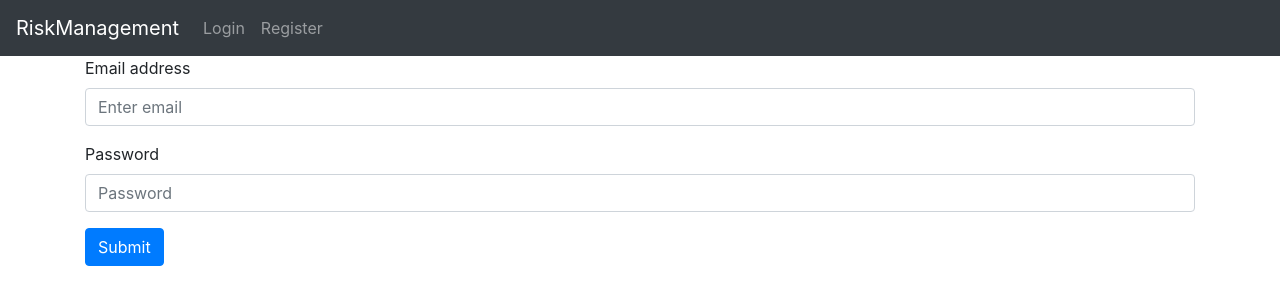
Repository: jasonpraful/risk-management-backend
Page: build/index.html
The author's editor kept a copy of each file at every save. The page is drawn from the files as they stood at one save, then again after the next save.
The browser window is 1280 px wide. The pictures show the whole page.

Above is the page before, as saved 2020-07-27 18:21:50.

### build/index.html
<!doctype html>
<html lang="en">

<head>
    <meta charset="utf-8" />
    <link rel="icon" href="favicon.ico" />
    <meta name="viewport" content="width=device-width,initial-scale=1" />
    <meta name="theme-color" content="#000000" />
    <meta name="description" content="Web site created using create-react-app" />
    <link rel="apple-touch-icon" href="logo192.png" />
    <link rel="manifest" href="manifest.json" />
    <title>React App</title>
    <link href="static/css/2.e90de51b.chunk.css" rel="stylesheet">
    <link href="static/css/main.8ec20ace.chunk.css" rel="stylesheet">
</head>

<body><noscript>You need to enable JavaScript to run this app.</noscript>
    <div id="root"></div>
    <script>
        ! function(e) {
            function r(r) {
                for (var n, a, i = r[0], l = r[1], f = r[2], c = 0, s = []; c < i.length; c++) a = i[c], Object.prototype.hasOwnProperty.call(o, a) && o[a] && s.push(o[a][0]), o[a] = 0;
                for (n in l) Object.prototype.hasOwnProperty.call(l, n) && (e[n] = l[n]);
                for (p && p(r); s.length;) s.shift()();
                return u.push.apply(u, f || []), t()
            }

            function t() {
                for (var e, r = 0; r < u.length; r++) {
                    for (var t = u[r], n = !0, i = 1; i < t.length; i++) {
                        var l = t[i];
                        0 !== o[l] && (n = !1)
                    }
                    n && (u.splice(r--, 1), e = a(a.s = t[0]))
                }
                return e
            }
            var n = {},
                o = {
                    1: 0
                },
                u = [];

            function a(r) {
                if (n[r]) return n[r].exports;
                var t = n[r] = {
                    i: r,
                    l: !1,
                    exports: {}
                };
                return e[r].call(t.exports, t, t.exports, a), t.l = !0, t.exports
            }
            a.m = e, a.c = n, a.d = function(e, r, t) {
                a.o(e, r) || Object.defineProperty(e, r, {
                    enumerable: !0,
                    get: t
                })
            }, a.r = function(e) {
                "undefined" != typeof Symbol && Symbol.toStringTag && Object.defineProperty(e, Symbol.toStringTag, {
                    value: "Module"
                }), Object.defineProperty(e, "__esModule", {
                    value: !0
                })
            }, a.t = function(e, r) {
                if (1 & r && (e = a(e)), 8 & r) return e;
                if (4 & r && "object" == typeof e && e && e.__esModule) return e;
                var t = Object.create(null);
                if (a.r(t), Object.defineProperty(t, "default", {
                        enumerable: !0,
                        value: e
                    }), 2 & r && "string" != typeof e)
                    for (var n in e) a.d(t, n, function(r) {
                        return e[r]
                    }.bind(null, n));
                return t
            }, a.n = function(e) {
                var r = e && e.__esModule ? function() {
                    return e.default
                } : function() {
                    return e
                };
                return a.d(r, "a", r), r
            }, a.o = function(e, r) {
                return Object.prototype.hasOwnProperty.call(e, r)
            }, a.p = "/";
            var i = this["webpackJsonprisk-management"] = this["webpackJsonprisk-management"] || [],
                l = i.push.bind(i);
            i.push = r, i = i.slice();
            for (var f = 0; f < i.length; f++) r(i[f]);
            var p = l;
            t()
        }([])
    </script>
    <script src="static/js/2.080162d9.chunk.js"></script>
    <script src="static/js/main.6353aa1f.chunk.js"></script>
</body>

</html>

### build/static/css/main.8ec20ace.chunk.css
body{margin:0;font-family:-apple-system,BlinkMacSystemFont,"Segoe UI","Roboto","Oxygen","Ubuntu","Cantarell","Fira Sans","Droid Sans","Helvetica Neue",sans-serif;-webkit-font-smoothing:antialiased;-moz-osx-font-smoothing:grayscale}code{font-family:source-code-pro,Menlo,Monaco,Consolas,"Courier New",monospace}.riskAssesmentContainder{padding:10px}.columnLayout{border:1px solid #000;padding:10px;text-align:center}.gridTitle{display:flex;align-items:center;text-align:center;vertical-align:middle;justify-content:center}.labelAlign{font-size:12;font-weight:700;text-align:center}.containerLayout{flex:auto;margin:10px;flex-direction:row}
/*# sourceMappingURL=main.8ec20ace.chunk.css.map */

### static/css/main.8ec20ace.chunk.css
body{margin:0;font-family:-apple-system,BlinkMacSystemFont,"Segoe UI","Roboto","Oxygen","Ubuntu","Cantarell","Fira Sans","Droid Sans","Helvetica Neue",sans-serif;-webkit-font-smoothing:antialiased;-moz-osx-font-smoothing:grayscale}code{font-family:source-code-pro,Menlo,Monaco,Consolas,"Courier New",monospace}.riskAssesmentContainder{padding:10px}.columnLayout{border:1px solid #000;padding:10px;text-align:center}.gridTitle{display:flex;align-items:center;text-align:center;vertical-align:middle;justify-content:center}.labelAlign{font-size:12;font-weight:700;text-align:center}.containerLayout{flex:auto;margin:10px;flex-direction:row}
/*# sourceMappingURL=main.8ec20ace.chunk.css.map */

Loaded but not shown: build/static/css/2.e90de51b.chunk.css (library); build/static/js/2.080162d9.chunk.js (library); build/static/js/main.6353aa1f.chunk.js (library); static/css/2.e90de51b.chunk.css (library); static/js/2.080162d9.chunk.js (library); static/js/main.6353aa1f.chunk.js (library)

After the next save:
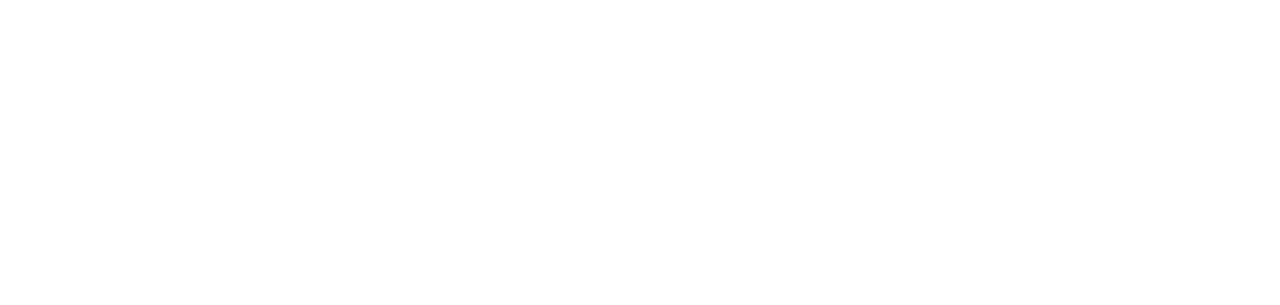
Not found: build/build/static/css/2.e90de51b.chunk.css
Not found: build/build/static/css/main.8ec20ace.chunk.css
Not found: build/build/static/js/2.080162d9.chunk.js
Saved 6 min 28 s later.
--- a/build/index.html
+++ b/build/index.html
@@ -10,8 +10,8 @@
     <link rel="apple-touch-icon" href="logo192.png" />
     <link rel="manifest" href="manifest.json" />
     <title>React App</title>
-    <link href="static/css/2.e90de51b.chunk.css" rel="stylesheet">
-    <link href="static/css/main.8ec20ace.chunk.css" rel="stylesheet">
+    <link href="build/static/css/2.e90de51b.chunk.css" rel="stylesheet">
+    <link href="build/static/css/main.8ec20ace.chunk.css" rel="stylesheet">
 </head>
 
 <body><noscript>You need to enable JavaScript to run this app.</noscript>
@@ -91,8 +91,8 @@
             t()
         }([])
     </script>
-    <script src="static/js/2.080162d9.chunk.js"></script>
-    <script src="static/js/main.6353aa1f.chunk.js"></script>
+    <script src="build/static/js/2.080162d9.chunk.js"></script>
+    <script src="build/static/js/main.6353aa1f.chunk.js"></script>
 </body>
 
 </html>

After the save that followed:
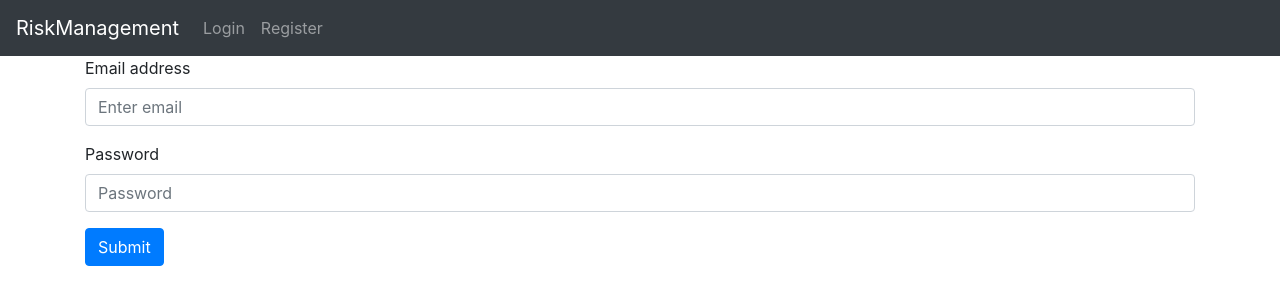
Saved 2 min 42 s later.
--- a/build/index.html
+++ b/build/index.html
@@ -10,8 +10,8 @@
     <link rel="apple-touch-icon" href="logo192.png" />
     <link rel="manifest" href="manifest.json" />
     <title>React App</title>
-    <link href="build/static/css/2.e90de51b.chunk.css" rel="stylesheet">
-    <link href="build/static/css/main.8ec20ace.chunk.css" rel="stylesheet">
+    <link href="/static/css/2.e90de51b.chunk.css" rel="stylesheet">
+    <link href="/static/css/main.8ec20ace.chunk.css" rel="stylesheet">
 </head>
 
 <body><noscript>You need to enable JavaScript to run this app.</noscript>
@@ -91,8 +91,8 @@
             t()
         }([])
     </script>
-    <script src="build/static/js/2.080162d9.chunk.js"></script>
-    <script src="build/static/js/main.6353aa1f.chunk.js"></script>
+    <script src="/static/js/2.080162d9.chunk.js"></script>
+    <script src="/static/js/main.6353aa1f.chunk.js"></script>
 </body>
 
 </html>
